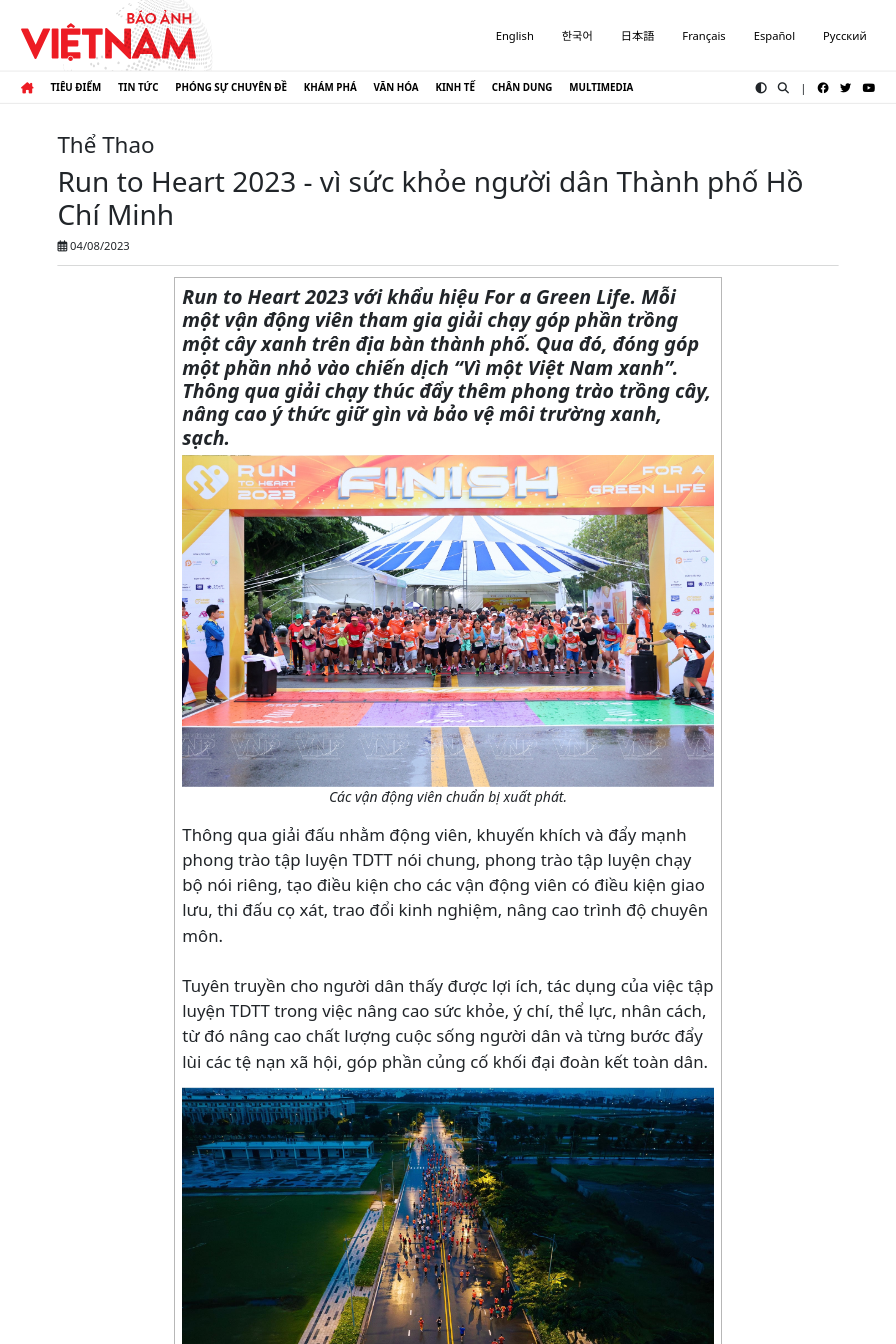
Repository: kietdotshp/webtintuc
Page: Detail.html
These files come from the project's save history. The page is drawn as it stood at one moment and after a run of saves; the edit follows.
The browser window is 1280 px wide. The pictures show the part of the page from y = 0 to 1920 px (the page is 7622 px tall before and 8249 px after), at 70% of full size.
Some web libraries are served in a nearby version.

Above is the page before, as saved 2023-08-10 17:23:42.

### Detail.html
<!DOCTYPE html>
<html lang="en">

<head>
    <title></title>
    <meta charset="UTF-8">
    <meta name="viewport" content="width=device-width, initial-scale=1">
    <link href="assets/css/detail.css" rel="stylesheet">
    <link href="https://cdn.jsdelivr.net/npm/bootstrap@5.3.1/dist/css/bootstrap.min.css" rel="stylesheet"
        integrity="sha384-4bw+/aepP/YC94hEpVNVgiZdgIC5+VKNBQNGCHeKRQN+PtmoHDEXuppvnDJzQIu9" crossorigin="anonymous">
    <link href="https://cdn.jsdelivr.net/npm/bootstrap@5.3.1/dist/css/bootstrap.min.css" rel="stylesheet"
        integrity="sha384-4bw+/aepP/YC94hEpVNVgiZdgIC5+VKNBQNGCHeKRQN+PtmoHDEXuppvnDJzQIu9" crossorigin="anonymous" />
    <script src="https://cdn.jsdelivr.net/npm/bootstrap@5.3.1/dist/js/bootstrap.bundle.min.js"></script>
    <script src="https://kit.fontawesome.com/a076d05399.js"></script>
    <link rel="stylesheet" href="https://cdnjs.cloudflare.com/ajax/libs/font-awesome/6.4.2/css/all.min.css"
        integrity="sha512-z3gLpd7yknf1YoNbCzqRKc4qyor8gaKU1qmn+CShxbuBusANI9QpRohGBreCFkKxLhei6S9CQXFEbbKuqLg0DA=="
        crossorigin="anonymous" referrerpolicy="no-referrer" />

    <link rel="stylesheet" href="https://cdnjs.cloudflare.com/ajax/libs/font-awesome/4.7.0/css/font-awesome.min.css" />
</head>

<header>
    <div class="container-custom">
        <section class="d-flex align-items-center justify-content-between">
            <!-- Web logo -->
            <figure class="web-logo">
                <img src="./assets/images/logo-vi.svg" alt="Logo" class="img-contain" />
            </figure>

            <div class="d-none d-lg-flex align-items-center gap-3">
                <a href="javascript:void(0)" class="choose-lang">English</a>
                <a href="javascript:void(0)" class="choose-lang">한국어</a>
                <a href="javascript:void(0)" class="choose-lang">日本語</a>
                <a href="javascript:void(0)" class="choose-lang">Français</a>
                <a href="javascript:void(0)" class="choose-lang">Español</a>
                <a href="javascript:void(0)" class="choose-lang">Русский</a>
            </div>

            <a class="mobile-menu d-lg-none" href="javascript:void(0)">
                <i class="fa-solid fa-bars-staggered fs-2"></i>
            </a>
        </section>
    </div>

    <div class="line-seperate-horizontal"></div>

    <div class="container-custom">
        <section class="d-flex align-items-center justify-content-between py-3 py-lg-0">
            <div class="d-flex align-items-center gap-4 gap-xxl-5">
                <a href="javascript:void(0)">
                    <i class="fa-solid fa-house-chimney color-primary"></i>
                </a>

                <div class="d-none d-lg-flex align-items-center gap-4 gap-xxl-5">
                    <a href="javascript:void(0)" class="menu-item">Tiêu điểm</a>
                    <a href="javascript:void(0)" class="menu-item">Tin tức</a>
                    <a href="javascript:void(0)" class="menu-item">Phóng sự chuyên đề</a>
                    <a href="javascript:void(0)" class="menu-item">Khám phá</a>
                    <a href="javascript:void(0)" class="menu-item">Văn hóa</a>
                    <a href="javascript:void(0)" class="menu-item">Kinh tế</a>
                    <a href="javascript:void(0)" class="menu-item">Chân dung</a>
                    <a href="javascript:void(0)" class="menu-item">Multimedia</a>
                </div>
            </div>

            <div class="d-flex align-items-center gap-3">
                <div class="d-flex align-items-center gap-3">
                    <div class="cursor-pointer">
                        <i class="fa-solid fa-circle-half-stroke"></i>
                    </div>
                    <div class="cursor-pointer">
                        <i class="fa-solid fa-magnifying-glass"></i>
                    </div>
                </div>

                <div class="d-lg-none d-xl-block">|</div>

                <div class="d-lg-none d-xl-flex align-items-center gap-3">
                    <a href="javascript:void(0)">
                        <i class="fa-brands fa-facebook-f"></i>
                    </a>
                    <a href="javascript:void(0)">
                        <i class="fa-brands fa-twitter"></i>
                    </a>
                    <a href="javascript:void(0)">
                        <i class="fa-brands fa-youtube"></i>
                    </a>
                </div>
            </div>
        </section>
    </div>
</header>
<div class="line-seperate-horizontal"></div>

<body>
    <div class="container">
        <div class="detailmenu">
            <h2>
                <link href="#" target="kiểu mở liên kết">Thể Thao</link>
            </h2>
            <h1>Run to Heart 2023 - vì sức khỏe người dân Thành phố Hồ Chí Minh</h1>
            <div class="timeline">
                <time>
                    <i class="fa-regular fa-calendar"></i>
                    04/08/2023
                </time>
            </div>
            <hr />
        </div>
        <div class="smaller">
            <div>
                <h3>
                    <span class="title">Run to Heart 2023 với khẩu hiệu For a Green Life.
                        Mỗi một vận động viên tham gia giải chạy góp phần trồng một cây xanh trên địa bàn thành phố.
                        Qua đó, đóng góp một phần nhỏ vào chiến dịch “Vì một Việt Nam xanh”. Thông qua giải chạy thúc đẩy
                        thêm phong trào trồng cây, nâng cao ý thức giữ gìn và bảo vệ môi trường xanh, sạch.
                    </span>
                </h3>
                <img src="assets/images/detail1.jpg">
                <p style="color:darkbluel;text-align:center;font-style:italic;font-size: 1.25rem;">Các vận động viên chuẩn bị xuất phát.
                </p>
                <div class="content1">
                    <span>Thông qua giải đấu nhằm động viên, khuyến khích và đẩy mạnh phong trào tập luyện TDTT nói chung, phong trào tập luyện chạy bộ nói riêng,
                         tạo điều kiện cho các vận động viên có điều kiện giao lưu, thi đấu cọ xát, trao đổi kinh nghiệm, nâng cao trình độ chuyên môn.</span>
                    <br><br>
                    <p>Tuyên truyền cho người dân thấy được lợi ích, tác dụng của việc tập luyện TDTT trong việc nâng cao sức khỏe, ý chí, thể lực, nhân cách, từ đó nâng cao chất lượng cuộc sống người dân và
                         từng bước đẩy lùi các tệ nạn xã hội, góp phần củng cố khối đại đoàn kết toàn dân.</p>
                </div>
            </div>
            <div>
                <img src="assets/images/detail2.jpg">
                <p style="color:darkbluel;text-align:center;font-style:italic;font-size: 1.25rem;">Các vận động viên xuất phát từ lúc 5h sáng ở cự ly 21km.
                </p>
                <img src="assets/images/detail3.jpg">
                <p style="color:darkbluel;text-align:center;font-style:italic;font-size: 1.25rem;">Gần 1500 vận động viên tham gia giải Run to Heart 2023.
                </p>
                <img src="assets/images/detail4.jpg">
                <p style="color:darkbluel;text-align:center;font-style:italic;font-size: 1.25rem;">Nụ cười luôn trường trực trên môi các vận động viên.
                </p>
            </div>
            <div class="content1">
                <span>
                    Không có nét căng thẳng trên gương mặt, không có sự tính toán thắng thua hay cạnh tranh nhau,
                     trên đôi môi ai cũng nở những nụ cười thật tươi. Họ tham gia giải, mục đích chính chẳng phải thắng hay thua, mà vì muốn chung tay đóng góp vào môi trường của
                     Thành phố và một thông điệp chú trọng bảo vệ sức khỏe của chính mình và người thân trước dịch bệnh.
                </span>
                <br><br>
                <span>
                    Vận động viên Ngọc Đại đến từ Tp. Thủ Đức tham gia giải Run to Heart 2023 cho biết:
                     “Mình sống ở Sài Gòn lâu năm nhưng chưa có ý thức lắm trong việc bảo vệ môi trường sống,
                     tham dự giải lần này cũng muốn đóng góp một chút sức mình để bảo vệ thiên nhiên và cảnh quang thành phố”.
                </span>
            </div>
            <div>
                <img src="assets/images/detail5.jpg">
                <p style="color:darkbluel;text-align:center;font-style:italic;font-size: 1.25rem;">Thông qua giải đấu nhằm động viên, khuyến khích và đẩy mạnh phong trào tập luyện TDTT nói chung, phong trào tập luyện chạy bộ nói<br> riêng.
                </p>
                <img src="assets/images/detail6.jpg">
                <p style="color:darkbluel;text-align:center;font-style:italic;font-size: 1.25rem;">Thể hiện tình yêu trên đường chạy.
                </p>
                <img src="assets/images/detail7.jpg">
                <p style="color:darkbluel;text-align:center;font-style:italic;font-size: 1.25rem;">Cả gia đình cùng đăng kí tham gia chạy Run to Heart 2023.
                </p>
                <img src="assets/images/detail8.jpg">
                <p style="color:darkbluel;text-align:center;font-style:italic;font-size: 1.25rem;">Vận động viên về đích.
                <img src="assets/images/detail9.jpg">
                <p style="color:darkbluel;text-align:center;font-style:italic;font-size: 1.25rem;">Mỗi vận động viên tham gia sẽ có huy chương kỉ niệm của Ban tổ chức khi hoàn thành cự ly mình tham gia.
                </p>
                <img src="assets/images/detail10.jpg">
                <p style="color:darkbluel;text-align:center;font-style:italic;font-size: 1.25rem;">Tổng tất cả có 42 giải thưởng chia đều ở 3 cự ly 5km,10km và 21km.
                </p>

            </div>
            <div class="content1">
                <span>Dĩ nhiên trong một cuộc thi chạy sẽ có người về nhất, về nhì, về ba…Thế nhưng, điều quan trọng nhất với những người tham gia giải  việc thành tích chỉ là thứ yếu.
                    Quan trọng nhất với họ khi tham là chung tay bảo vệ môi trường và nâng cao ý thức rèn luyện thể thao để bảo vệ sức khỏa của chính mình.</span>
                <br><br>
                <span>Ban tổ chức Run to Heart 2023 sẽ góp 1.500 cây xanh vào chiến dịch  “Vì một Việt Nam xanh”./.
                </span>
            </div>
            <hr class="custom">
            <div class="penSign">
                <p>Bài và ảnh: Thông Hải/ Báo ảnh Việt Nam</p>
            </div>

            <div>

            </div>
        </div>
    </div>

</body>

</html>

### assets/css/detail.css
:root {
    --main-color: #333;
    --main-red-color: #ed1c24;
    --main-white-color: #fff;
    --main-blue-color-1: #b8dcf3;
    --main-blue-color-2: #467491;
    --main-grey-color-1: #666;
    --main-grey-color-2: #888;
    --main-grey-color-3: #f0f0f0;
    --main-border-color: #e0e0e0;
  }

  /* Common */
  .body {
    display: flex;
    flex-direction: column;
    min-height: 100vh;
    font-size: 16px;
    color: var(--main-color);
    font-family: 'Roboto-Regular', sans-serif;
  }

  .img-cover {
    width: 100%;
    height: 100%;
    object-fit: cover;
  }

  .img-contain {
    width: 100%;
    height: 100%;
    object-fit: contain;
  }

  img {
    max-width: 100%;
    max-height: 100%;
  }

  a {
    text-decoration: none !important;
    color: initial !important;
  }

  .color-primary {
    color: var(--main-red-color);
  }

  .cursor-pointer {
    cursor: pointer;
  }

  .container-custom {
    max-width: 1400px;
    padding-inline: 15px;
    margin: 0 auto;

    @media (min-width: 768px) {
      padding-inline: 30px;
    }
  }

  .text-line-clamp-2 {
    display: -webkit-box;
    -webkit-line-clamp: 2;
    -webkit-box-orient: vertical;
    overflow: hidden;
  }

  .text-line-clamp-3 {
    display: -webkit-box;
    -webkit-line-clamp: 3;
    -webkit-box-orient: vertical;
    overflow: hidden;
  }

  .image-padding-top {
    position: relative;
    padding-top: 56.25%;
  }

  /* Header css */
  .web-logo {
    position: relative;
    padding-block: 14px;
    margin-bottom: 0;
    width: 150px;

    @media (min-width: 992px) {
      width: 250px;
    }
  }

  .web-logo::after {
    content: '';
    background: url('../images/earth-digital.svg') no-repeat;
    width: 100%;
    height: 100%;
    opacity: 0.2;
    position: absolute;
    right: -60px;
    top: 0;
  }

  .choose-lang {
    border-radius: 9999px;
    padding: 6px 12px;
  }

  .choose-lang:hover {
    background-color: var(--main-border-color);
  }

  .line-seperate-horizontal {
    width: 100%;
    height: 1px;
    background-color: #e0e0e0;
  }

  .line-seperate-vertical {
    width: 1px;
    height: 100%;
    background-color: #e0e0e0;
    margin: 0 auto;
  }

  .menu-item {
    text-transform: uppercase;
    font-weight: 700;
    font-size: 14px;
    position: relative;
    padding-block: 12px;
    white-space: nowrap;
  }

  .menu-item::before {
    content: '';
    position: absolute;
    top: -1px;
    left: 50%;
    right: 50%;
    transform: translate(-50%, 0);
    width: 0;
    height: 2px;
    background: var(--main-red-color);
    transition: all 0.2s linear;
  }

  .menu-item:hover:before {
    width: 100%;
  }

  /* Carousel */
  .carousel-item {
    position: absolute !important;
    top: 0;
    left: 0;
    width: 100%;
    height: 100%;
  }

  .carousel-control-next,
  .carousel-control-prev {
    width: 10% !important;
  }

  .carousel-control-prev,
  .carousel-control-next {
    opacity: 0 !important;
  }

  .carousel:hover .carousel-control-prev,
  .carousel:hover .carousel-control-next {
    transition: all 0.3s linear;
    opacity: 1 !important;
  }

  /* Main */
  .content {
    border: 1px solid var(--main-border-color);
    padding: 20px;
  }

  .content-spacing {
    margin-block: 40px;
  }

  .content-title {
    display: inline-block;
    color: var(--main-red-color);
    line-height: 26px;
    font-size: 26px;
    font-weight: 600;
    margin-bottom: 20px;
  }

  .article-title {
    font-size: 22px;
    font-weight: 600;
  }

  .article-title.sub {
    font-size: 16px;
  }

  .article-category {
    text-transform: uppercase;
    font-size: 12px;
    color: var(--main-grey-color-2);
  }

  .content-ul-list {
    padding-left: 20px;
    margin-bottom: 0;
    max-height: 480px;
    overflow: auto;
  }

  .content-ul-list li::marker {
    color: var(--main-red-color);
  }

  /* Spacing */
  .mb-10px {
    margin-bottom: 10px;
  }

  .max-w-40px {
    max-width: 40px !important;
  }
  .h2{
    color: var(--main-red-color);
  }
  .detailmenu{
    margin-top: 40px;
  }
  .title{
    font-weight: 700;
    font-style:italic;
  }
  .content1{
    font-size: 1.5rem;
    line-height: 1.5;
    margin: 20px auto;
  }
  .line{
    text-align: center;
  }
  .penSign{
    text-align: center;
    font-size:1.5rem;
    font-family: 'Tinos-Regular', serif;
  }
  /* hr.centered {
    border: none;
    border-top: 2px solid #333;
    margin: 20px auto;
    width: 10%;
} */
hr.custom {
    border: none;
    border-top: 3px solid #333;
    margin: 1cm auto;
    width: 5%;
}
.smaller {
    width: 70%;
    margin: 0 auto;
    padding: 10px;
    border: 1px solid #999;
}

After the next 2 saves:
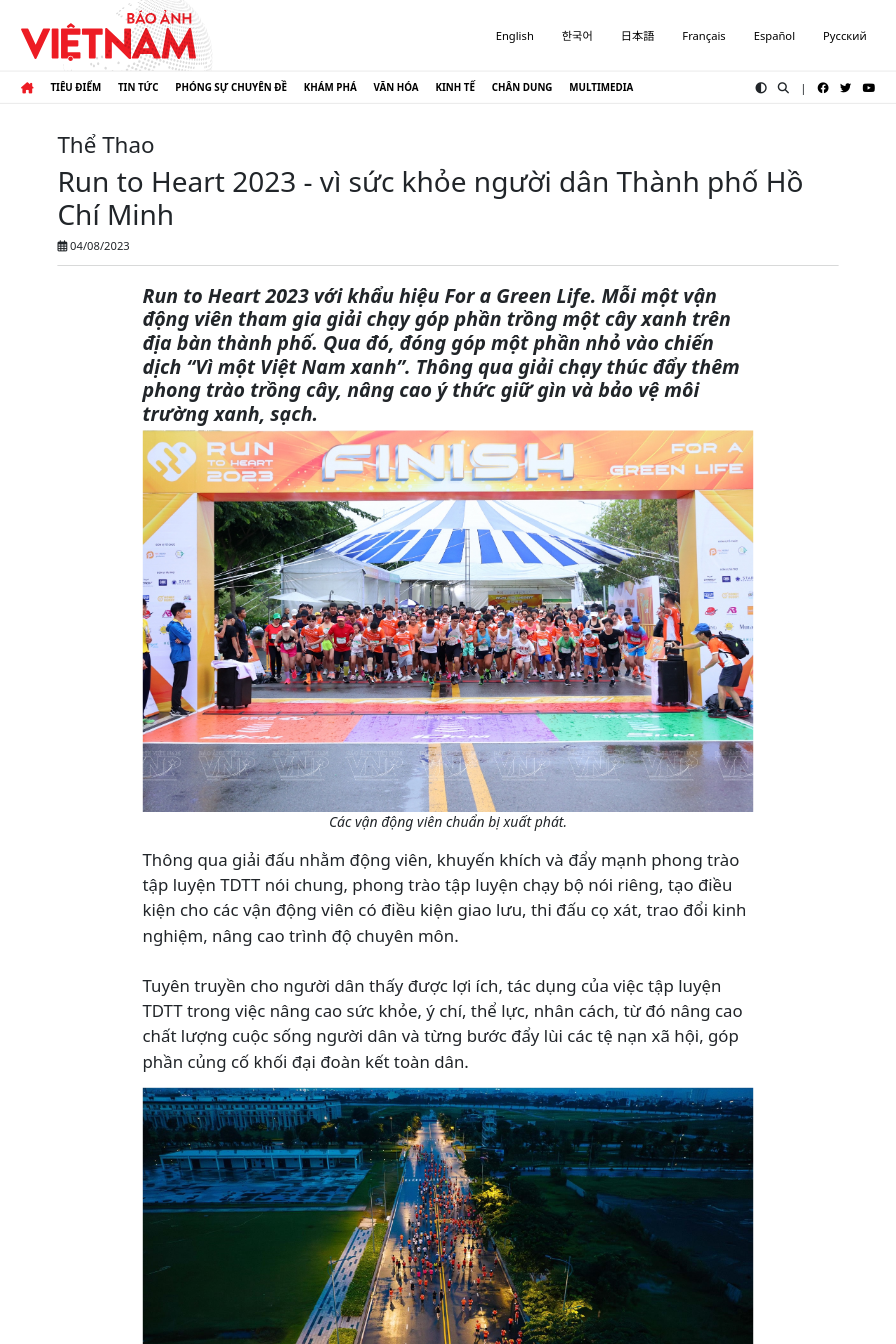
The 2 saves are shown as one change because they came seconds apart.
The last was saved 16 s later.
--- a/assets/css/detail.css
+++ b/assets/css/detail.css
@@ -264,8 +264,8 @@
     width: 5%;
 }
 .smaller {
-    width: 70%;
+    width: 80%;
     margin: 0 auto;
     padding: 10px;
-    border: 1px solid #999;
+
 }
